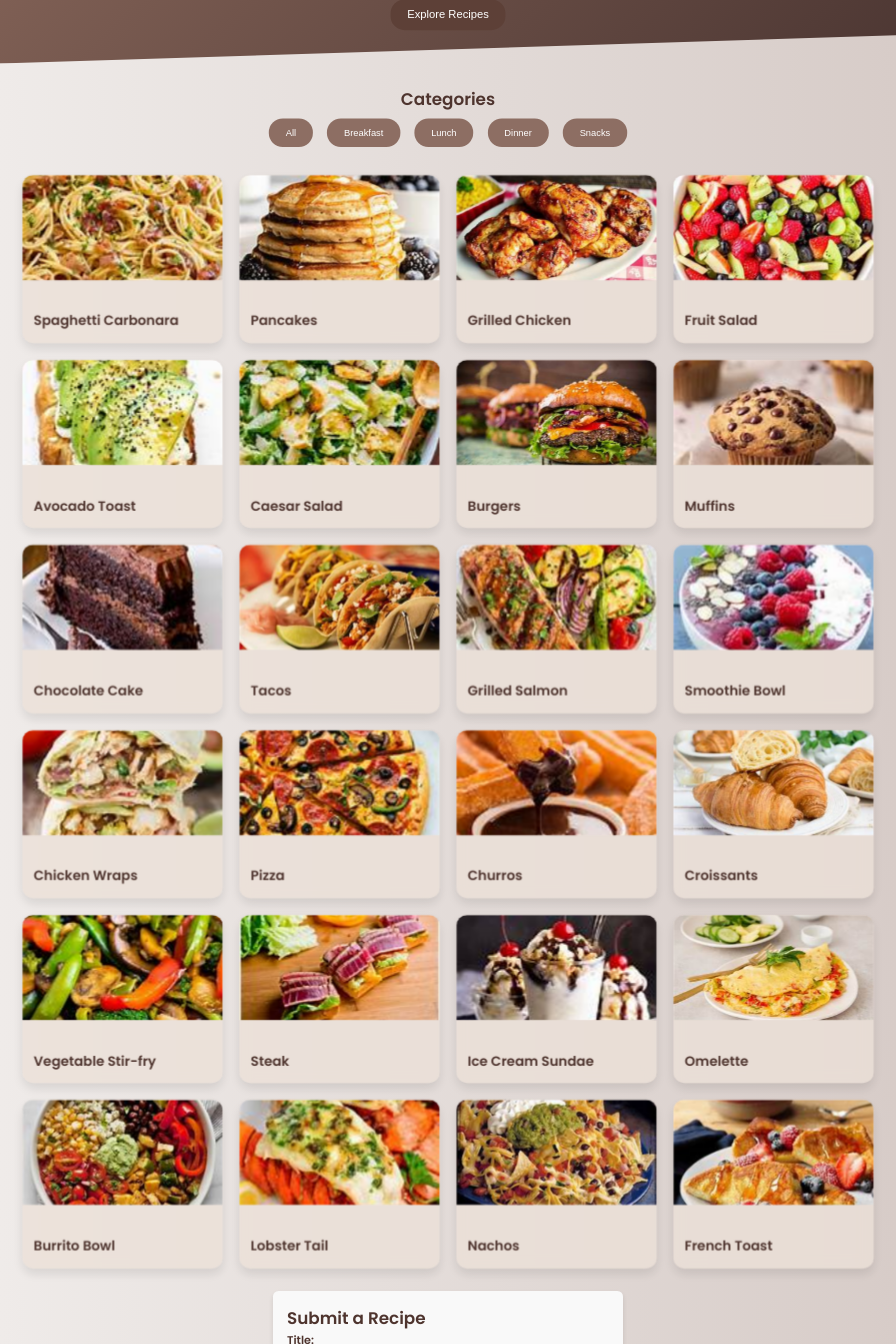
Repository: Patience225/recipe-app
Page: index.html
An editor plug-in stored every save of this project. The page is shown before and after the next save, followed by the edit.
The browser window is 1280 px wide. The pictures show the part of the page from y = 373 to 2293 px (the page is 2780 px tall before and 1218 px after), at 70% of full size.

Above is the page before, as saved 2025-01-30 02:55:48.

### index.html
<!DOCTYPE html>
<html lang="en">
<head>
  <meta charset="UTF-8">
  <meta name="viewport" content="width=device-width, initial-scale=1.0">
  <title>Recipe App</title>
  <link href="https://fonts.googleapis.com/css2?family=Poppins:wght@400;600&display=swap" rel="stylesheet">
  <link rel="stylesheet" href="styles.css">
  <link rel="icon" href="images/favicon-logo-recipe.png" type="image/png">
</head>
<body>
  <header>
    <h1>Recipe App</h1>
    <p>Your gateway to delicious inspirations 🍲</p>
    <input type="text" id="search" placeholder="Search for recipes...">
    <button id="theme-toggle">🌙</button>
  </header>

  <section class="hero">
    <h2>Discover the Joy of Cooking</h2>
    <p>Browse through a collection of amazing recipes handpicked for you!</p>
    <button id="explore-btn">Explore Recipes</button>
  </section>

  <section id="categories">
    <h2>Categories</h2>
    <div class="category-buttons">
      <button data-category="All">All</button>
      <button data-category="Breakfast">Breakfast</button>
      <button data-category="Lunch">Lunch</button>
      <button data-category="Dinner">Dinner</button>
      <button data-category="Snacks">Snacks</button>
    </div>
  </section>

  <section id="recipe-list"></section>

  <div id="recipe-modal" class="modal">
    <div class="modal-content">
      <span class="close-btn">&times;</span>
      <h2 id="modal-title">Click on a Recipe to View...</h2>
      <img id="modal-image" src="" alt="">
      <h3>Ingredients:</h3>
      <ul id="modal-ingredients"></ul>
      <h3>Preparation Steps:</h3>
      <ol id="modal-preparation"></ol>
    </div>
  </div>

  <div id="recipe-form-container">
    <h2>Submit a Recipe</h2>
    <form id="recipe-form">
      <label for="recipe-title">Title:</label>
      <input type="text" id="recipe-title" required>

      <label for="recipe-category">Category:</label>
      <select id="recipe-category">
        <option value="Breakfast">Breakfast</option>
        <option value="Lunch">Lunch</option>
        <option value="Dinner">Dinner</option>
        <option value="Snacks">Snacks</option>
      </select>

      <label for="recipe-image">Image URL:</label>
      <input type="url" id="recipe-image" required>

      <button type="submit">Submit Recipe</button>
    </form>
  </div>

  <footer>
    <p>&copy; 2025 Recipe App | Made with love for You❤️</p>
  </footer>

  <script src="script.js"></script>
  <script>
    if ("serviceWorker" in navigator) {
      window.addEventListener("load", () => {
        navigator.serviceWorker.register("/sw.js").then(
          (registration) => {
            console.log("Service Worker registered with scope:", registration.scope);
          },
          (error) => {
            console.log("Service Worker registration failed:", error);
          }
        );
      });
    }
  </script>
</body>
</html>

### styles.css
* {
  margin: 0;
  padding: 0;
  box-sizing: border-box;
}

body {
  font-family: 'Poppins', sans-serif;
  background: linear-gradient(to right, #efebe9, #d7ccc8);
  color: #4e342e;
  line-height: 1.6;
}

header {
  background: linear-gradient(135deg, #795548, #3e2723);
  text-align: center;
  color: #fff;
  padding: 2rem;
  box-shadow: 0 4px 10px rgba(0, 0, 0, 0.1);
}

header h1 {
  font-size: 2.5rem;
  font-weight: 600;
}

header input {
  margin-top: 1rem;
  padding: 0.8rem 1rem;
  border-radius: 20px;
  border: none;
  outline: none;
  width: 80%;
  max-width: 400px;
  background: #efebe9;
  color: #4e342e;
}

header #theme-toggle {
  margin-top: 1rem;
  padding: 0.5rem 1rem;
  border: none;
  background: #d7ccc8;
  color: #3e2723;
  border-radius: 20px;
  cursor: pointer;
}

.hero {
  background: linear-gradient(135deg, rgba(121, 85, 72, 0.9), rgba(62, 39, 35, 0.9));
  color: #efebe9;
  text-align: center;
  padding: 3rem 2rem;
  margin-top: -1rem;
  clip-path: polygon(0 0, 100% 0, 100% 85%, 0 100%);
}

.hero h2 {
  font-size: 2rem;
  margin-bottom: 1rem;
}

.hero p {
  font-size: 1.2rem;
  margin-bottom: 2rem;
}

.hero button {
  padding: 0.8rem 1.5rem;
  background-color: #5d4037;
  color: white;
  border: none;
  border-radius: 20px;
  font-size: 1rem;
  cursor: pointer;
}

.hero button:hover {
  background-color: #4e342e;
}

#categories {
  margin: 2rem auto;
  text-align: center;
}

.category-buttons button {
  margin: 0.5rem;
  padding: 0.8rem 1.5rem;
  background-color: #8d6e63;
  color: white;
  border: none;
  border-radius: 20px;
  cursor: pointer;
}

.category-buttons button:hover {
  background-color: #6d4c41;
}

#recipe-list {
  display: grid;
  grid-template-columns: repeat(auto-fill, minmax(250px, 1fr));
  gap: 1.5rem;
  margin: 2rem;
}

.recipe-card {
  background: rgba(236, 224, 216, 0.8);
  backdrop-filter: blur(10px);
  border-radius: 15px;
  box-shadow: 0 8px 15px rgba(0, 0, 0, 0.1);
  transition: transform 0.3s;
  overflow: hidden;
}

.recipe-card img {
  width: 100%;
  height: 150px;
  object-fit: cover;
}

.recipe-card h3 {
  padding: 1rem;
  font-size: 1.2rem;
  color: #4e342e;
}

.recipe-card:hover {
  transform: scale(1.05);
}

footer {
  text-align: center;
  padding: 1.5rem;
  background: #3e2723;
  color: white;
  margin-top: 2rem;
}

body.dark-theme {
  background: #212121;
  color: white;
}

body.dark-theme header {
  background: linear-gradient(135deg, #4e342e, #3e2723);
}

body.dark-theme .hero {
  background: linear-gradient(135deg, rgba(62, 39, 35, 0.9), rgba(33, 33, 33, 0.9));
}

body.dark-theme .recipe-card {
  background: rgba(62, 39, 35, 0.8);
}

body.dark-theme footer {
  background: #3e2723;
}

#recipe-form-container {
  max-width: 500px;
  margin: 0 auto;
  padding: 20px;
  background-color: #f9f9f9;
  border-radius: 8px;
  box-shadow: 0 4px 8px rgba(0, 0, 0, 0.1);
}

#recipe-form label {
  display: block;
  margin-bottom: 8px;
  font-weight: 600;
}

#recipe-form input,
#recipe-form select,
#recipe-form button {
  width: 100%;
  padding: 10px;
  margin-bottom: 15px;
  border: 1px solid #ccc;
  border-radius: 4px;
  font-size: 16px;
}

#recipe-form button {
  background-color: #4e342e;
  color: #fff;
  border: none;
  cursor: pointer;
  transition: background-color 0.3s ease;
}

#recipe-form button:hover {
  background-color: #4e342e;
}


#recipe-form {
  display: flex;
  flex-direction: column;
  gap: 10px;
}

/* Modal styling */
.modal {
  display: none;
  position: fixed;
  z-index: 1;
  left: 0;
  top: 0;
  width: 100%;
  height: 100%;
  overflow: auto;
  background-color: rgba(0, 0, 0, 0.5);
}

.modal-content {
  background-color: #fefefe;
  margin: 10% auto;
  padding: 20px;
  border: 1px solid #888;
  width: 80%;
  max-width: 600px;
  border-radius: 8px;
}

.close-btn {
  color: #aaa;
  float: right;
  font-size: 28px;
  font-weight: bold;
}

.close-btn:hover,
.close-btn:focus {
  color: black;
  text-decoration: none;
  cursor: pointer;
}

#modal-image {
  width: 100%;
  height: auto;
  margin-bottom: 20px;
}

h3 {
  margin-top: 20px;
}

ul, ol {
  margin-left: 20px;
}

### script.js
const recipeList = document.getElementById("recipe-list");
const categoriesButtons = document.querySelectorAll(".category-buttons button");
const searchInput = document.getElementById("search");
const themeToggleBtn = document.getElementById("theme-toggle");
const recipeForm = document.getElementById("recipe-form");
const recipeFormContainer = document.getElementById("recipe-form-container");
const recipeModal = document.getElementById("recipe-modal");
const modalTitle = document.getElementById("modal-title");
const modalImage = document.getElementById("modal-image");
const modalDescription = document.getElementById("modal-description");
const closeModalBtn = document.querySelector(".close-btn");

const recipes = [
    {
      id: 1,
      title: "Spaghetti Carbonara",
      category: "Lunch",
      image: "images/Spaghetti Carbonara.jpeg",
    },
    {
      id: 2,
      title: "Pancakes",
      category: "Breakfast",
      image: "images/Pancakes.jpeg",
    },
    {
      id: 3,
      title: "Grilled Chicken",
      category: "Dinner",
      image: "images/Grilled Chicken.jpeg",
    },
    {
      id: 4,
      title: "Fruit Salad",
      category: "Snacks",
      image: "images/Fruit Salad.jpeg",
    },
    {
      id: 5,
      title: "Avocado Toast",
      category: "Breakfast",
      image: "images/Avocado Toast.jpeg",
    },
    {
      id: 6,
      title: "Caesar Salad",
      category: "Lunch",
      image: "images/Caesar Salad.jpeg",
    },
    {
      id: 7,
      title: "Burgers",
      category: "Dinner",
      image: "images/Burgers.jpeg",
    },
    {
      id: 8,
      title: "Muffins",
      category: "Breakfast",
      image: "images/Muffins.jpeg",
    },
    {
      id: 9,
      title: "Chocolate Cake",
      category: "Snacks",
      image: "images/Chocolate Cake.jpeg",
    },
    {
      id: 10,
      title: "Tacos",
      category: "Lunch",
      image: "images/Tacos.jpeg",
    },
    {
      id: 11,
      title: "Grilled Salmon",
      category: "Dinner",
      image: "images/Grilled Salmon.jpeg",
    },
    {
      id: 12,
      title: "Smoothie Bowl",
      category: "Breakfast",
      image: "images/Smoothie Bowl.jpeg",
    },
    {
      id: 13,
      title: "Chicken Wraps",
      category: "Lunch",
      image: "images/Chicken Wraps.jpeg",
    },
    {
      id: 14,
      title: "Pizza",
      category: "Dinner",
      image: "images/Pizza.jpeg",
    },
    {
      id: 15,
      title: "Churros",
      category: "Snacks",
      image: "images/Churros.jpeg",
    },
    {
      id: 16,
      title: "Croissants",
      category: "Breakfast",
      image: "images/Croissants.jpeg",
    },
    {
      id: 17,
      title: "Vegetable Stir-fry",
      category: "Lunch",
      image: "images/Vegetable Stir-fry.jpeg",
    },
    {
      id: 18,
      title: "Steak",
      category: "Dinner",
      image: "images/Steak.jpeg",
    },
    {
      id: 19,
      title: "Ice Cream Sundae",
      category: "Snacks",
      image: "images/Ice Cream Sundae.jpeg",
    },
    {
      id: 20,
      title: "Omelette",
      category: "Breakfast",
      image: "images/Omelette.jpeg",
    },
    {
      id: 21,
      title: "Burrito Bowl",
      category: "Lunch",
      image: "images/Burrito Bowl.jpeg",
    },
    {
      id: 22,
      title: "Lobster Tail",
      category: "Dinner",
      image: "images/Lobster Tail.jpeg",
    },
    {
      id: 23,
      title: "Nachos",
      category: "Snacks",
      image: "images/Nachos.jpeg",
    },
    {
      id: 24,
      title: "French Toast",
      category: "Breakfast",
      image: "images/French Toast.jpeg",
    },
  ];

const displayRecipes = (recipes) => {
  recipeList.innerHTML = "";
  recipes.forEach((recipe) => {
    const recipeCard = document.createElement("div");
    recipeCard.classList.add("recipe-card");
    recipeCard.innerHTML = `
      <img src="${recipe.image}" alt="${recipe.title}">
      <h3>${recipe.title}</h3>
    `;
    recipeCard.addEventListener("click", () => openRecipeModal(recipe));
    recipeList.appendChild(recipeCard);
  });
};

const openRecipeModal = (recipe) => {
  modalTitle.textContent = recipe.title;
  modalImage.src = recipe.image;

  // Clear previous content
  modalIngredients.innerHTML = "";
  modalPreparation.innerHTML = "";

  // Populate ingredients
  recipe.ingredients.forEach(ingredient => {
    const li = document.createElement("li");
    li.textContent = ingredient;
    modalIngredients.appendChild(li);
  });

  // Populate preparation steps
  recipe.preparation.forEach(step => {
    const li = document.createElement("li");
    li.textContent = step;
    modalPreparation.appendChild(li);
  });

  recipeModal.style.display = "block";
};


closeModalBtn.addEventListener("click", () => {
  recipeModal.style.display = "none";
});

themeToggleBtn.addEventListener("click", () => {
  document.body.classList.toggle("dark-theme");
});

categoriesButtons.forEach((button) => {
  button.addEventListener("click", () => {
    const category = button.dataset.category;
    const filteredRecipes = category === "All" ? recipes : recipes.filter(recipe => recipe.category === category);
    displayRecipes(filteredRecipes);
  });
});

searchInput.addEventListener("input", (e) => {
  const searchTerm = e.target.value.toLowerCase();
  const filteredRecipes = recipes.filter(recipe => recipe.title.toLowerCase().includes(searchTerm));
  displayRecipes(filteredRecipes);
});

recipeForm.addEventListener("submit", (e) => {
  e.preventDefault();
  const newRecipe = {
    title: recipeForm["recipe-title"].value,
    category: recipeForm["recipe-category"].value,
    image: recipeForm["recipe-image"].value,
  };
  recipes.push(newRecipe);
  displayRecipes(recipes);
  recipeForm.reset();
});

displayRecipes(recipes);

After the next save:
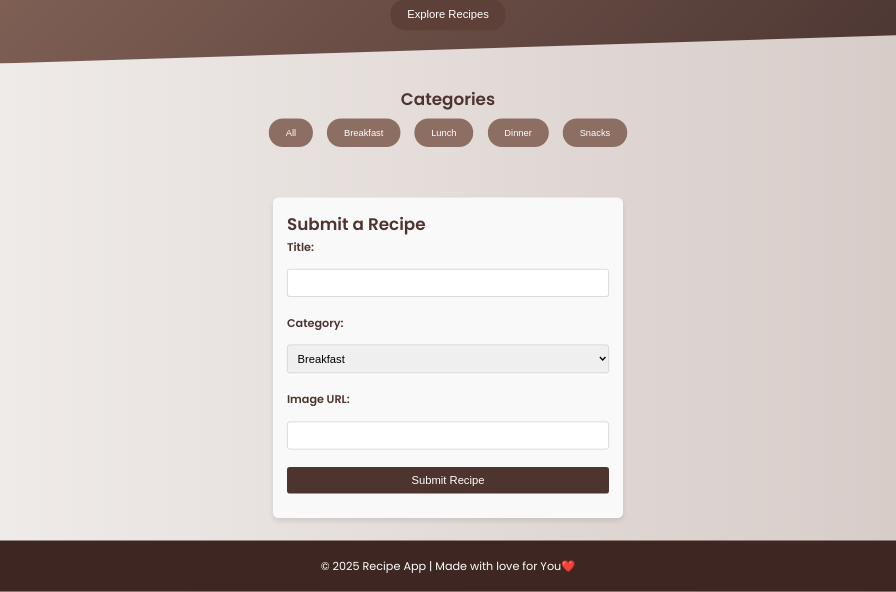
Console error: SyntaxError: Unexpected token 'const'
Saved 48 s later.
--- a/script.js
+++ b/script.js
@@ -11,12 +11,48 @@ const modalDescription = document.getElementById("modal-description");
 const closeModalBtn = document.querySelector(".close-btn");
 
 const recipes = [
+  const recipes = [
     {
       id: 1,
       title: "Spaghetti Carbonara",
       category: "Lunch",
       image: "images/Spaghetti Carbonara.jpeg",
-    },
+      ingredients: [
+        "200g spaghetti",
+        "100g pancetta",
+        "2 large eggs",
+        "50g pecorino cheese",
+        "50g parmesan",
+        "2 plump garlic cloves, peeled and left whole",
+        "50g unsalted butter",
+        "Sea salt and freshly ground black pepper"
+      ],
+      preparation: [
+        "Put a large saucepan of water on to boil.",
+        "Finely chop the pancetta, having first removed any rind.",
+        "Finely grate both cheeses and mix them together.",
+        "Beat the eggs in a medium bowl, season with a little freshly grated black pepper and set everything aside.",
+        "Add 1 tsp salt to the boiling water, add the spaghetti and when the water comes back to the boil, cook at a constant simmer, covered, for 10 minutes or until al dente (just cooked).",
+        "Squash the garlic with the blade of a knife, just to bruise it.",
+        "While the spaghetti is cooking, fry the pancetta with the garlic.",
+        "Drop the butter into a large frying pan or wok and, as soon as the butter has melted, tip in the pancetta and garlic.",
+        "Leave to cook on a medium heat for about 5 minutes, stirring often, until the pancetta is golden and crisp.",
+        "The garlic has now imparted its flavour, so take it out with a slotted spoon and discard.",
+        "Keep the heat under the pancetta on low.",
+        "When the pasta is ready, lift it from the water with a pasta fork or tongs and put it in the frying pan with the pancetta.",
+        "Mix most of the cheese in with the eggs, keeping a small handful back for sprinkling over later.",
+        "Take the pan of spaghetti and pancetta off the heat.",
+        "Quickly pour in the eggs and cheese.",
+        "Using the tongs or a long fork, lift up the spaghetti so it mixes easily with the egg mixture, which thickens but doesn’t scramble, and everything is coated.",
+        "Add extra pasta cooking water to keep it saucy (several tablespoons should do it).",
+        "You don’t want it wet, just moist. Season with a little salt, if needed.",
+        "Use a long-pronged fork to twist the pasta on to the serving plate or bowl.",
+        "Serve immediately with a little sprinkling of the remaining cheese and a grating of black pepper."
+      ]
+    },
+    // Add similar objects for other recipes
+  ];
+  ,
     {
       id: 2,
       title: "Pancakes",
